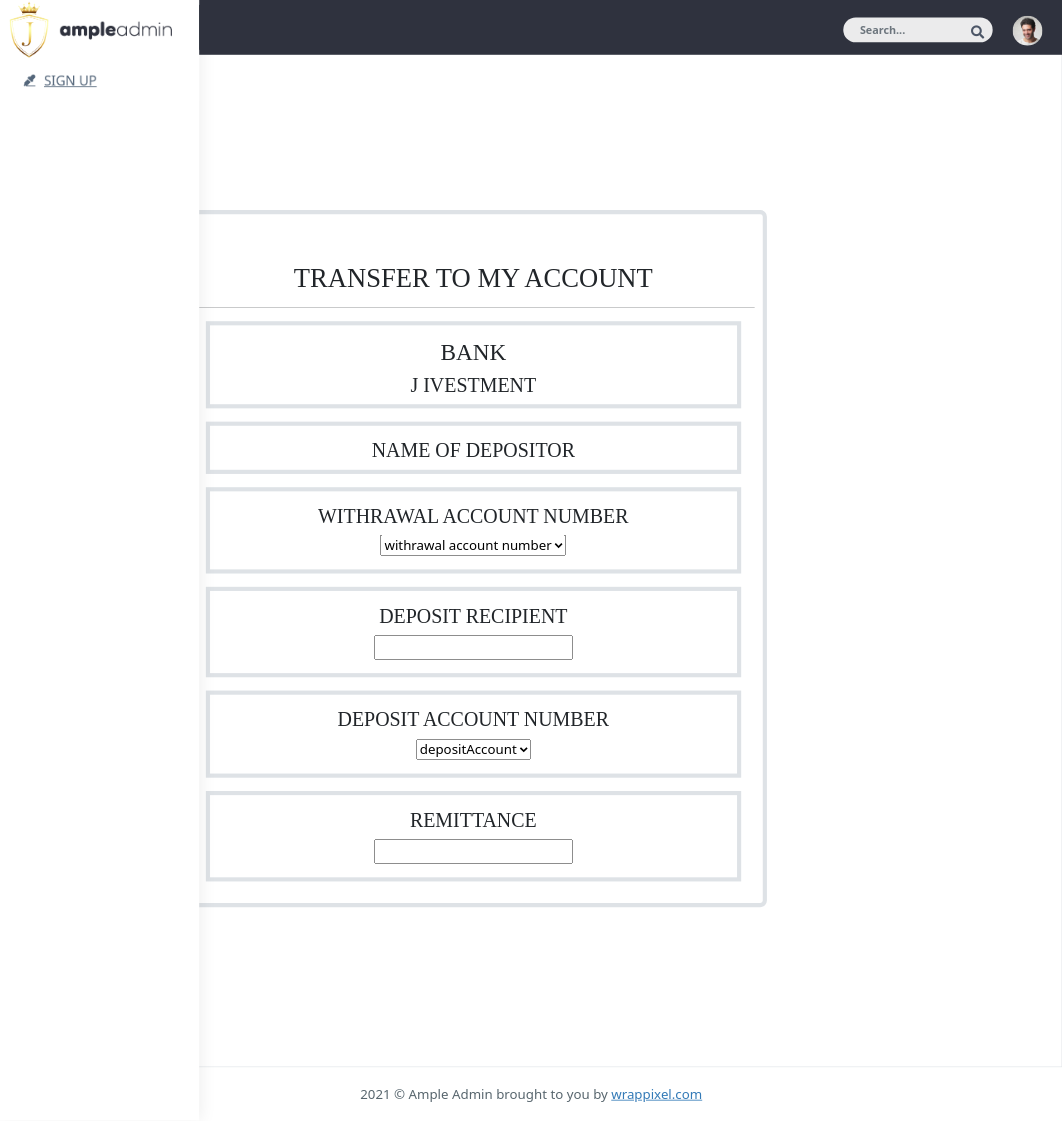
Repository: chopilyeon/HanaOpenBanking
Page: http://localhost/OpenBanking/jsp/bank/transferToMyAccount.jsp
The author's editor kept a copy of each file at every save. The page is drawn from the files as they stood at one save, then again after the next save.
The browser window is 1280 px wide. The pictures show the whole page, at 83% of full size.
Some web fonts or font styles are not loaded; a fallback is used. The page is served by Tomcat 9.

Above is the page before, as saved 2022-07-17 16:36:16.
Console error: TypeError: Cannot read properties of null (reading 'querySelector')

After the next save:
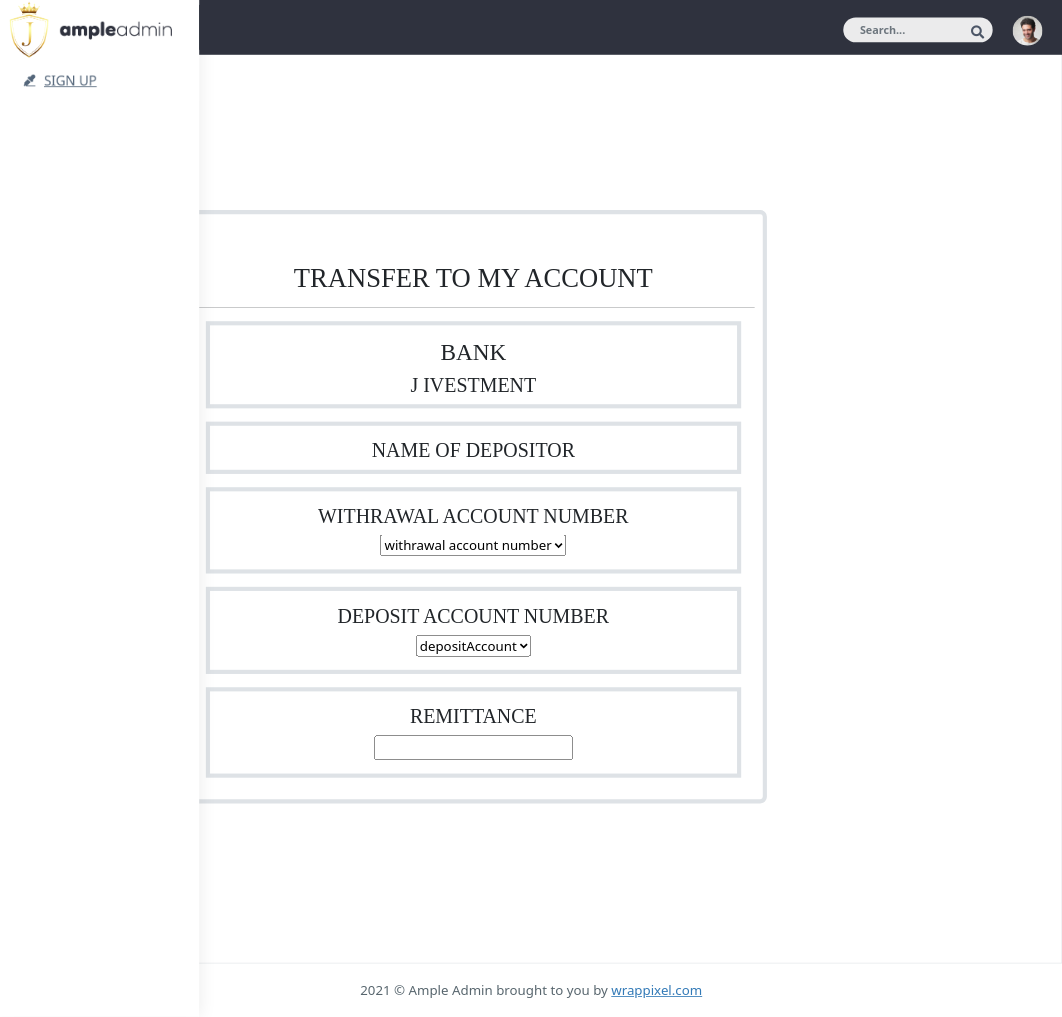
Saved 27 s later.
--- a/OpenBanking/src/main/webapp/jsp/bank/transferToMyAccount.jsp
+++ b/OpenBanking/src/main/webapp/jsp/bank/transferToMyAccount.jsp
@@ -76,10 +76,6 @@
 							</select>
 						</div>
 						<div class="box-text m-3 border">
-						<h4 class="mt-3">DEPOSIT RECIPIENT</h4>
-							<input type="text" name="depositRecipient" class="mb-3">
-						</div>
-						<div class="box-text m-3 border">
 						<h4 class="mt-3">DEPOSIT ACCOUNT NUMBER</h4>
 							<select name="depositAccount" class="mb-3">
 								<option value="none">depositAccount</option>
